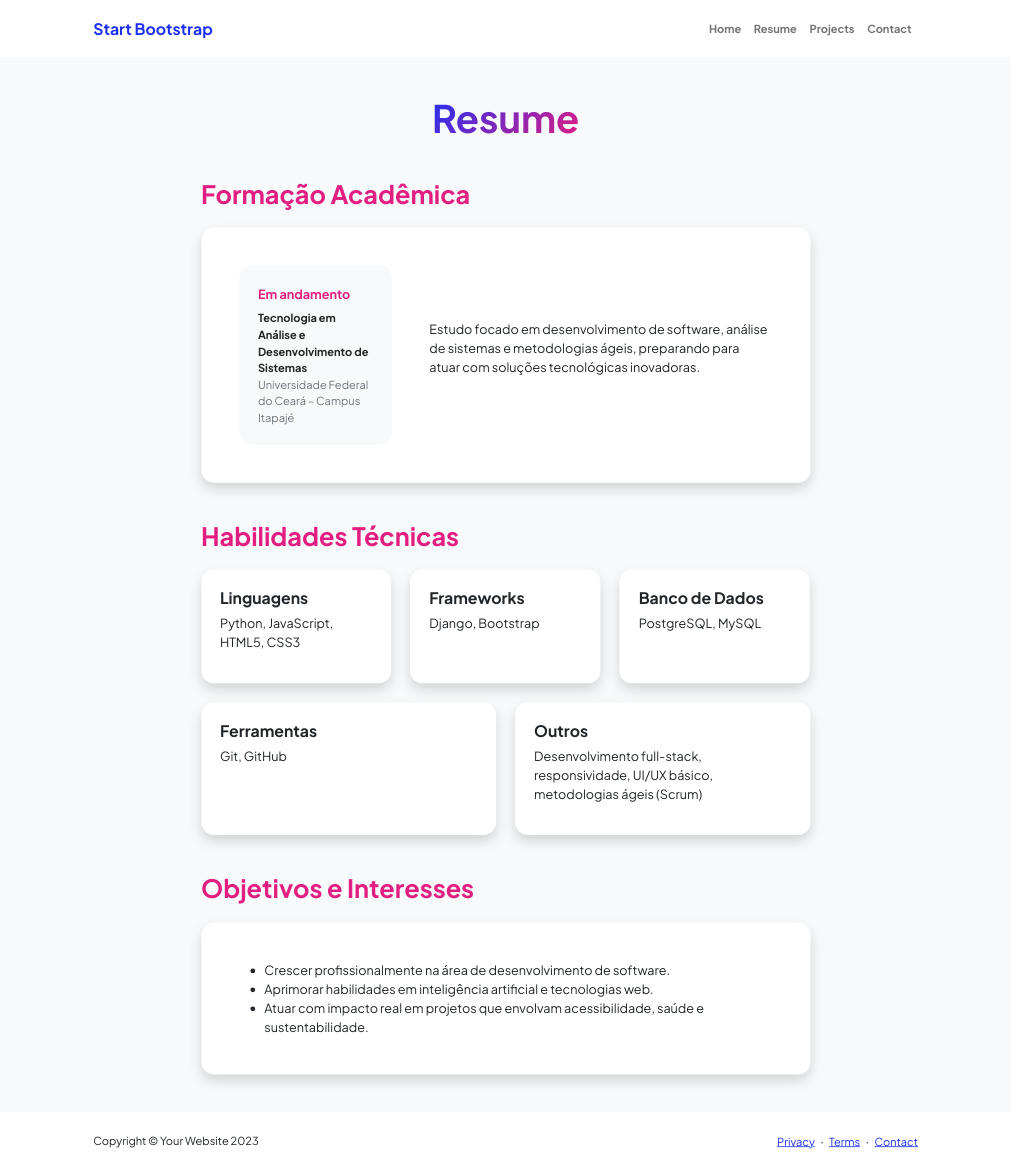
Repository: Suziane90/Portifolio
Page: resume.html
These files come from the project's save history. The page is drawn as it stood at one moment and after the next save; the edit follows.
The browser window is 1280 px wide. The pictures show the whole page, at 79% of full size.

Above is the page before, as saved 2025-07-23 22:36:48.

### resume.html
<!DOCTYPE html>
<html lang="en">
<head>
    <meta charset="utf-8" />
    <meta name="viewport" content="width=device-width, initial-scale=1, shrink-to-fit=no" />
    <meta name="description" content="" />
    <meta name="author" content="" />
    <title>Personal Resume - Start Bootstrap Template</title>
    <!-- Favicon-->
    <link rel="icon" type="image/x-icon" href="assets/favicon.ico" />
    <!-- Custom Google font-->
    <link rel="preconnect" href="https://fonts.googleapis.com" />
    <link rel="preconnect" href="https://fonts.gstatic.com" crossorigin />
    <link href="https://fonts.googleapis.com/css2?family=Plus+Jakarta+Sans:wght@100;200;300;400;500;600;700;800;900&amp;display=swap" rel="stylesheet" />
    <!-- Bootstrap icons-->
    <link href="https://cdn.jsdelivr.net/npm/bootstrap-icons@1.8.1/font/bootstrap-icons.css" rel="stylesheet" />
    <!-- Core theme CSS (includes Bootstrap)-->
    <link href="css/styles.css" rel="stylesheet" />
</head>
<body class="d-flex flex-column h-100 bg-light">
    <main class="flex-shrink-0">
        <!-- Navigation-->
        <nav class="navbar navbar-expand-lg navbar-light bg-white py-3">
            <div class="container px-5">
                <a class="navbar-brand" href="index.html"><span class="fw-bolder text-primary">Start Bootstrap</span></a>
                <button class="navbar-toggler" type="button" data-bs-toggle="collapse" data-bs-target="#navbarSupportedContent"
                        aria-controls="navbarSupportedContent" aria-expanded="false" aria-label="Toggle navigation"><span class="navbar-toggler-icon"></span></button>
                <div class="collapse navbar-collapse" id="navbarSupportedContent">
                    <ul class="navbar-nav ms-auto mb-2 mb-lg-0 small fw-bolder">
                        <li class="nav-item"><a class="nav-link" href="index.html">Home</a></li>
                        <li class="nav-item"><a class="nav-link" href="resume.html">Resume</a></li>
                        <li class="nav-item"><a class="nav-link" href="projects.html">Projects</a></li>
                        <li class="nav-item"><a class="nav-link" href="contact.html">Contact</a></li>
                    </ul>
                </div>
            </div>
        </nav>
        <!-- Page Content-->
        <div class="container px-5 my-5">
            <div class="text-center mb-5">
                <h1 class="display-5 fw-bolder mb-0"><span class="text-gradient d-inline">Resume</span></h1>
            </div>
            <div class="row gx-5 justify-content-center">
                <div class="col-lg-11 col-xl-9 col-xxl-8">

                    <!-- Formação Acadêmica -->
                    <section class="mb-5">
                        <h2 class="text-secondary fw-bolder mb-4">Formação Acadêmica</h2>
                        <div class="card shadow border-0 rounded-4">
                            <div class="card-body p-5">
                                <div class="row gx-5 align-items-center">
                                    <div class="col text-center text-lg-start mb-4 mb-lg-0">
                                        <div class="bg-light p-4 rounded-4">
                                            <div class="text-secondary fw-bolder mb-2">Em andamento</div>
                                            <div class="small fw-bolder">Tecnologia em Análise e Desenvolvimento de Sistemas</div>
                                            <div class="small text-muted">Universidade Federal do Ceará – Campus Itapajé</div>
                                        </div>
                                    </div>
                                    <div class="col-lg-8">
                                        <p>Estudo focado em desenvolvimento de software, análise de sistemas e metodologias ágeis, preparando para atuar com soluções tecnológicas inovadoras.</p>
                                    </div>
                                </div>
                            </div>
                        </div>
                    </section>

                    <!-- Habilidades Técnicas -->
                    <section class="mb-5">
  <h2 class="text-secondary fw-bolder mb-4">Habilidades Técnicas</h2>
  <div class="row gx-4 gy-4">
    <div class="col-md-4">
      <div class="card shadow border-0 rounded-4 p-4 h-100">
        <h5 class="fw-bolder">Linguagens</h5>
        <p>Python, JavaScript, HTML5, CSS3</p>
      </div>
    </div>
    <div class="col-md-4">
      <div class="card shadow border-0 rounded-4 p-4 h-100">
        <h5 class="fw-bolder">Frameworks</h5>
        <p>Django, Bootstrap</p>
      </div>
    </div>
    <div class="col-md-4">
      <div class="card shadow border-0 rounded-4 p-4 h-100">
        <h5 class="fw-bolder">Banco de Dados</h5>
        <p>PostgreSQL, MySQL</p>
      </div>
    </div>
    <div class="col-md-6">
      <div class="card shadow border-0 rounded-4 p-4 h-100">
        <h5 class="fw-bolder">Ferramentas</h5>
        <p>Git, GitHub</p>
      </div>
    </div>
    <div class="col-md-6">
      <div class="card shadow border-0 rounded-4 p-4 h-100">
        <h5 class="fw-bolder">Outros</h5>
        <p>Desenvolvimento full-stack, responsividade, UI/UX básico, metodologias ágeis (Scrum)</p>
      </div>
    </div>
  </div>
</section>


                    <!-- Objetivos e Interesses -->
                    <section>
                        <h2 class="text-secondary fw-bolder mb-4">Objetivos e Interesses</h2>
                        <div class="card shadow border-0 rounded-4">
                            <div class="card-body p-5">
                                <ul class="mb-0">
                                    <li>Crescer profissionalmente na área de desenvolvimento de software.</li>
                                    <li>Aprimorar habilidades em inteligência artificial e tecnologias web.</li>
                                    <li>Atuar com impacto real em projetos que envolvam acessibilidade, saúde e sustentabilidade.</li>
                                </ul>
                            </div>
                        </div>
                    </section>

                </div>
            </div>
        </div>
    </main>
    <!-- Footer-->
    <footer class="bg-white py-4 mt-auto">
        <div class="container px-5">
            <div class="row align-items-center justify-content-between flex-column flex-sm-row">
                <div class="col-auto"><div class="small m-0">Copyright &copy; Your Website 2023</div></div>
                <div class="col-auto">
                    <a class="small" href="#!">Privacy</a>
                    <span class="mx-1">&middot;</span>
                    <a class="small" href="#!">Terms</a>
                    <span class="mx-1">&middot;</span>
                    <a class="small" href="#!">Contact</a>
                </div>
            </div>
        </div>
    </footer>
    <!-- Bootstrap core JS-->
    <script src="https://cdn.jsdelivr.net/npm/bootstrap@5.2.3/dist/js/bootstrap.bundle.min.js"></script>
    <!-- Core theme JS-->
    <script src="js/scripts.js"></script>
</body>
</html>

Loaded but not shown: css/styles.css (library); js/scripts.js (common file)

After the next save:
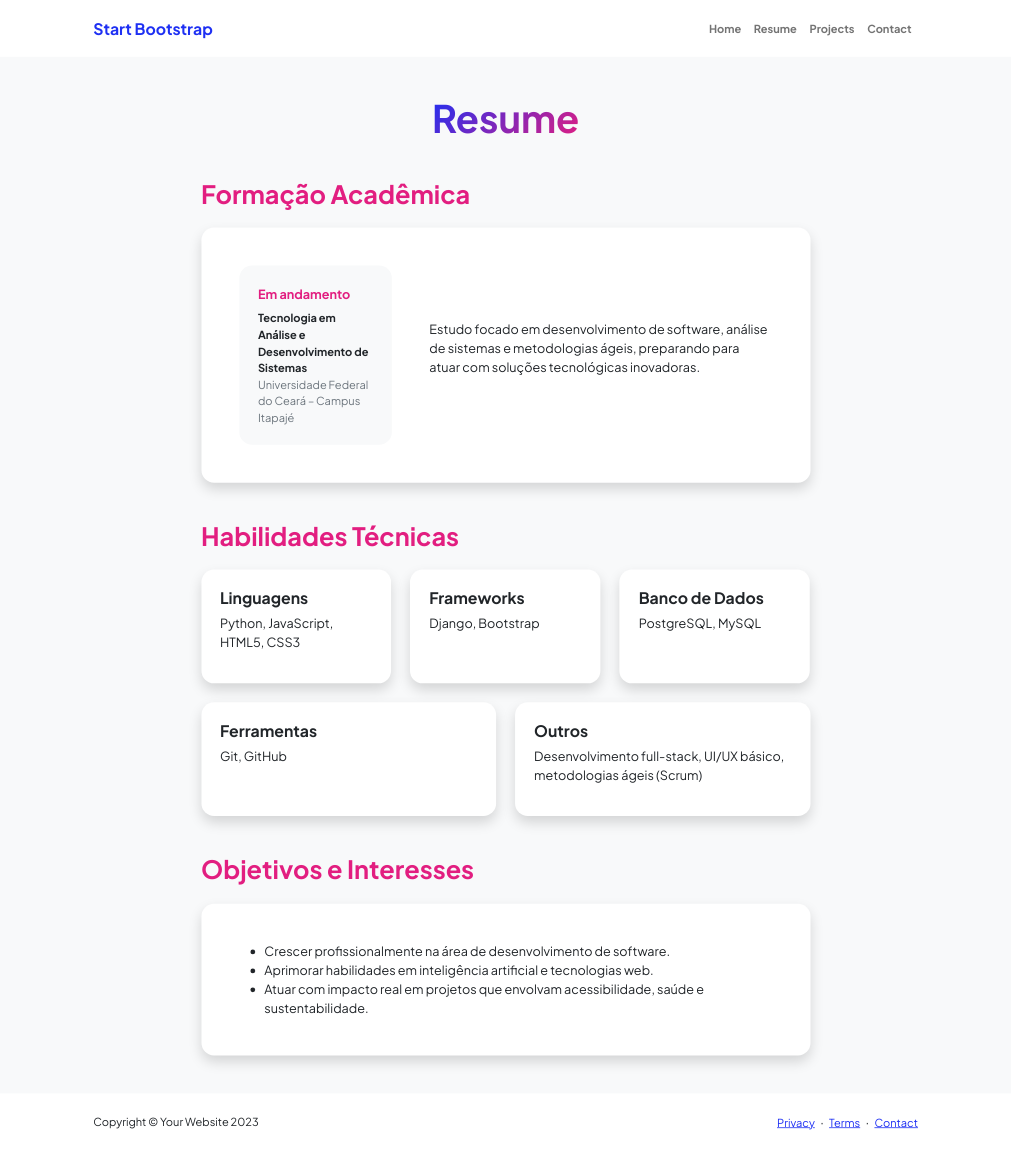
Saved 33 s later.
--- a/resume.html
+++ b/resume.html
@@ -95,7 +95,7 @@
     <div class="col-md-6">
       <div class="card shadow border-0 rounded-4 p-4 h-100">
         <h5 class="fw-bolder">Outros</h5>
-        <p>Desenvolvimento full-stack, responsividade, UI/UX básico, metodologias ágeis (Scrum)</p>
+        <p>Desenvolvimento full-stack, UI/UX básico, metodologias ágeis (Scrum)</p>
       </div>
     </div>
   </div>
